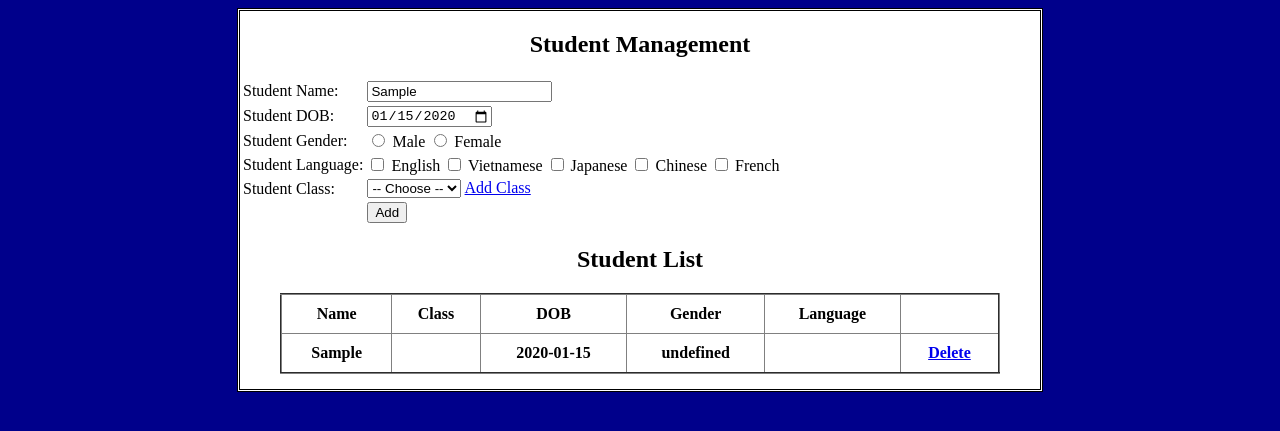
Repository: AnhDuc0125/HTML-Aptech
Page: exam/nextPage.html
The author's editor kept a copy of each file at every save. The page is drawn from the files as they stood at one save, then again after the next save.
The browser window is 1280 px wide. The pictures show the whole page.
Empty fields were first filled with sample values (such as "Sample", 5 or name@example.com).
After loading, the first visible `button` was clicked once.

Above is the page before, as saved 2021-12-05 19:54:07.

After the next save:
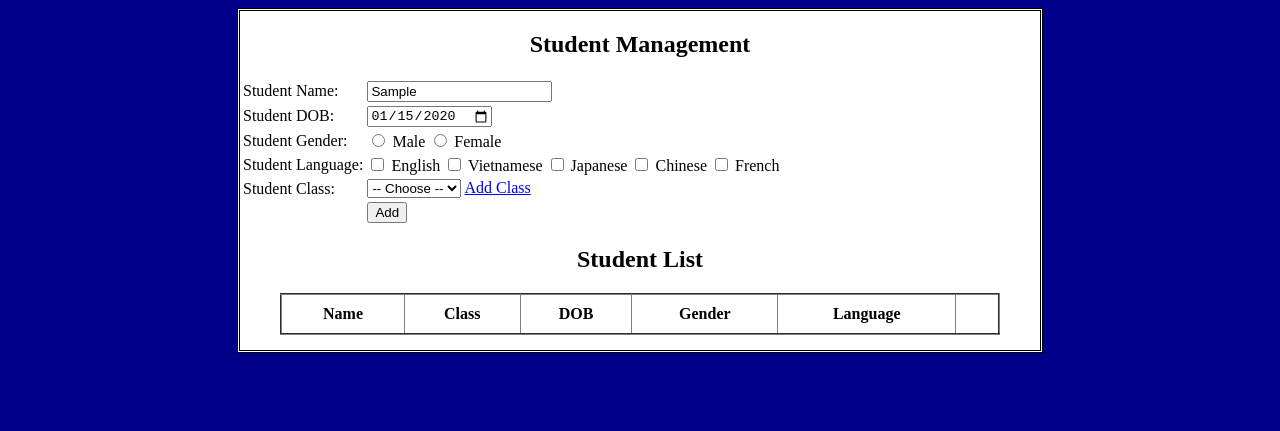
Console error: ReferenceError: fill_list is not defined
Saved 2 min 50 s later.
--- a/exam/nextPage.html
+++ b/exam/nextPage.html
@@ -122,7 +122,15 @@
 
             student_list.push(student)
 
-            show_list()
+            fill_list.innerHTML += (`
+                    <tr>
+                        <th>${student_list[index].name}</th>
+                        <th>${student_list[index].class}</th>
+                        <th>${student_list[index].dob}</th>
+                        <th>${student_list[index].gender}</th>
+                        <th>${student_list[index].language}</th>
+                        <th><a href="#" onclick="delete_std(index)">Delete</a></th>
+                    </tr>`);
         }
 
         function delete_std(index) {
@@ -134,7 +142,7 @@
         }
 
         function show_list() {
-            var fill_list = document.getElementById('result')
+            // var fill_list = document.getElementById('result')
                 // for(i=index; i<student_list.length; i++) {
                     fill_list.innerHTML += (`
                     <tr>

After the save that followed:
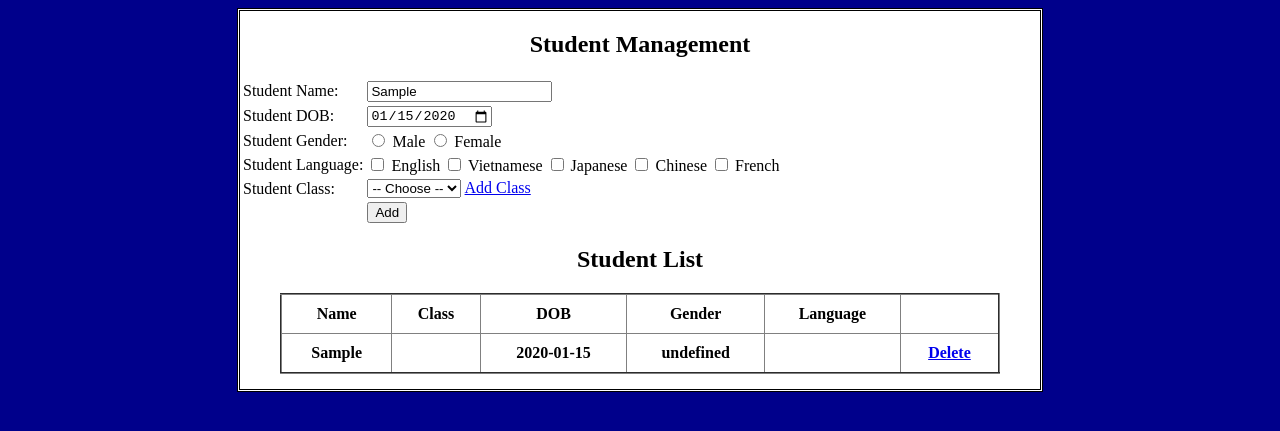
The error is gone.
Saved 23 s later.
--- a/exam/nextPage.html
+++ b/exam/nextPage.html
@@ -122,6 +122,7 @@
 
             student_list.push(student)
 
+            var fill_list = document.getElementById('result')
             fill_list.innerHTML += (`
                     <tr>
                         <th>${student_list[index].name}</th>
